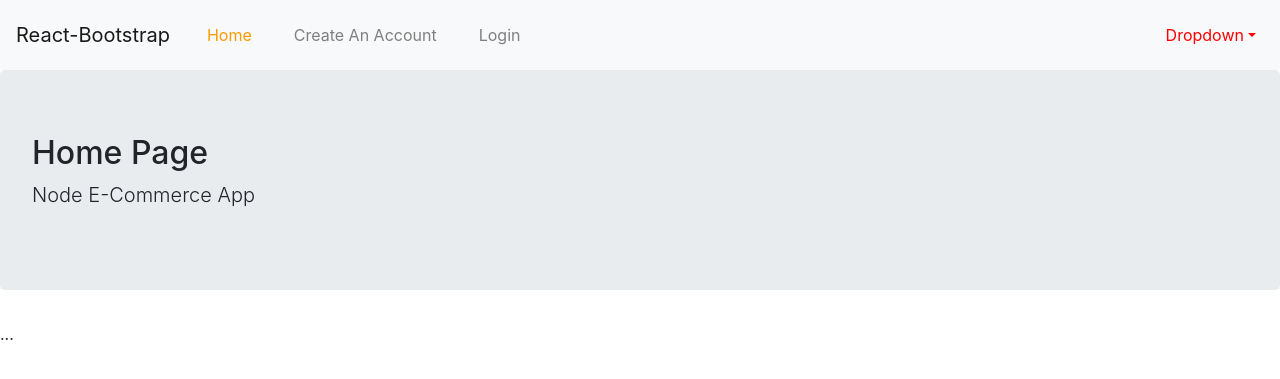
Repository: Awhit-commits/ecommerce_app_medium
Page: / (app in client/)
The author's editor kept a copy of each file at every save. The page is drawn from the files as they stood at one save, then again after a run of saves.
The browser window is 1280 px wide. The pictures show the whole page.
The project was rebuilt for these pictures with package versions that can differ from the ones it lists, and the page was loaded fresh each time. Also part of the build but not shown: client/src/component/Auth/Login/LoginForm.jsx, client/src/component/Auth/Sign Up/SignUpForm.jsx, client/src/component/Dashboard/UserDashboard.jsx, client/src/component/Auth/Private Route/PrivateRoute.jsx.

Above is the page before, as saved 2020-12-01 22:29:06.

After the next 12 saves:
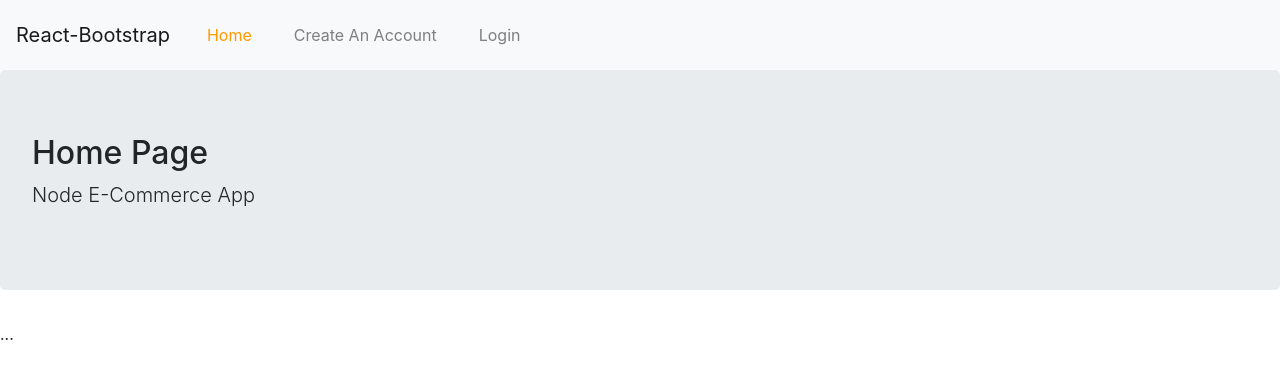
The 12 saves are shown as one change because 3 did not build or start and some came seconds apart.
The last was saved 104 s later.
--- a/client/src/component/NavBar/NavBar.jsx
+++ b/client/src/component/NavBar/NavBar.jsx
@@ -96,6 +96,7 @@ const Menu = ({ history }) => (
             </Nav.Item>
           </Fragment>)}
       </Nav>
+      {isAuthenicated()&& <>
       <Nav className ="ml-auto">
         <NavDropdown title="Dropdown" id="basic-nav-dropdown">
           <NavDropdown.Item href="#action/3.1">Action</NavDropdown.Item>
@@ -105,6 +106,7 @@ const Menu = ({ history }) => (
           <NavDropdown.Item href="#action/3.4">Separated link</NavDropdown.Item>
         </NavDropdown>
       </Nav>
+      </>}
     </Navbar.Collapse>
   </Navbar>
 );
